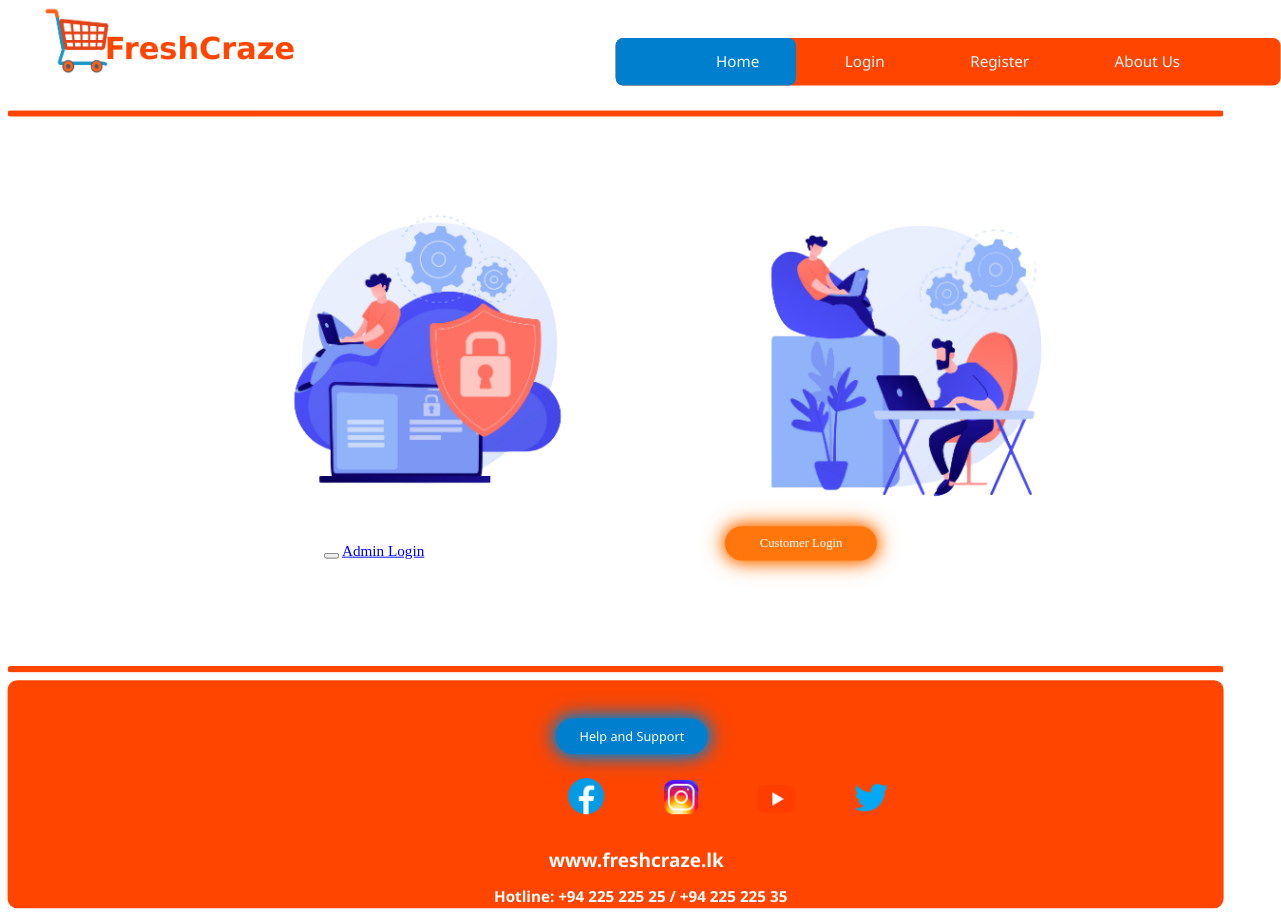
Repository: shanika2002/FreshCraze
Page: http://localhost/itemDem/mainLogin.jsp
The author's editor kept a copy of each file at every save. The page is drawn from the files as they stood at one save, then again after the next save.
The browser window is 1280 px wide. The page is 1348 px wide, so the pictures cover 1348 px, including what lies to the right of the window. The pictures show the whole page, at 95% of full size.
The page is served by Tomcat 9. Other server files are loaded and not shown.

Above is the page before, as saved 2024-05-10 09:03:05.

### itemDem/src/main/webapp/mainLogin.jsp
<%@ page language="java" contentType="text/html; charset=ISO-8859-1"
    pageEncoding="ISO-8859-1"%>
<!DOCTYPE html>
<html>
<head>
<link rel = "stylesheet" href = "css/mainLogin.css">
<meta charset="ISO-8859-1">
<title>Insert title here</title>
</head>
<body>

<img src="images\logo.png" class="logo" >

    <h1 class="logo_topic">FreshCraze</h1>

    <nav class="navbar">
        <a href="home page.html">Home</a>
        <a href="Login page.html">Login</a>
        <a href="customer registration.html">Register</a>
        <a href="about us page.html">About Us</a>
        <span></span>
    </nav>

<hr class="topic_line">

<img src="images\dlog.png" class="dlogo" >
<img src="images\slog.png" class="slogo" >
<div class = "dlogging">

    <button type="button"></button>
    <a href="login.jsp">Admin Login</a>


</div>

<div class = "slogging">

    <button type="button" class="stafflogin">Customer Login</button>

</div>

<br>
<br>
<br>
<br>

<hr class="footer_line">

<div class="footer">
    <a href="link" target="_blank">
    <button type="button" class="help_button">Help and Support</button>
    </a>

    <div class="fb_icon">
        <a href="https://www.facebook.com/" target="_blank"><img src="images/facebook.png"></a>
    </div>

    <div class="insta_icon">
        <a href="https://www.instagram.com/" target="_blank"><img src="images/insta.png"></a>
    </div>

    <div class="twitt_icon">
        <a href="https://www.twitter.com/" target="_blank"><img src="images/Twitter.png"></a>
    </div>

    <div class="yt_icon">
        <a href="https://www.youtube.com/" target="_blank"><img src="images/yt.png"></a>
    </div>
</div>

<div class="contacts">
    <h1 class="link">www.freshcraze.lk</h1>
    <h1>Hotline: +94 225 225 25 / +94 225 225 35</h1>
</div>


</body>
</html>

### itemDem/src/main/webapp/css/mainLogin.css
@charset "ISO-8859-1";

body{
    background-color: #ffffff;
    background-repeat: no-repeat;
    background-attachment: fixed;
    background-position: center;
    width: 100%;
}

.logo{
    width: 70px;
    height: 70px;
    margin-left: 3%;
}

.logo_topic{
    font-family: verdana;
    margin-left: 8%;
    margin-top: -3.9%;
    color: orangered;
}

.navbar{
    margin-left:50%;
    margin-top:-4%;
    padding: 0;
    box-sizing: border-box;
    font-family: 'Segoe UI';
    display: flex;
    justify-content:center;
    align-items: center;
    min-height: 5vh;

    position:relative;
    background-color: orangered;
    border-radius: 8px;
    width: 700px;
    height: 50px;
    display: flex;
}

nav a{
    position: relative;
    display: inline-block;
    font-size: 1em;
    font-weight: 500;
    color: aliceblue;
    text-decoration: none;
    padding: 45px;
    z-index: 1;
}

nav span{
    position: absolute;
    top: 0;
    left: 0;
    width: 190px;
    height: 100%;
    background-color:rgb(0, 127, 206);
    border-radius: 8px;
    transition: .3s;
}

nav a:nth-child(1):hover~span{
    left: 0;
    width: 190px;
}

nav a:nth-child(2):hover~span{
    left: 190px;
    width: 150px;
}

nav a:nth-child(3):hover~span{
    left:330px;
    width: 150px;
}

nav a:nth-child(4):hover~span{
    left: 470px;
    width: 230px;
}

.topic_line{
    border: none;
    margin-top: 2%;
    border-top: 7px solid orangered;
    border-radius: 10px;
}

.help_button{
    box-shadow:0 0 15px rgb(0, 127, 206),0 0 25px rgb(0, 127, 206);
    border: none;
    width: 160px;
    margin-left: 44%;
    font-family: 'Segoe UI';
    padding: 10px 12px;
    color: #ffffff;
    background-color:rgb(0, 127, 206);
    border-radius: 20px;
}

.help_button:hover{
    box-shadow: 0 0 25px rgb(0, 127, 206);
}

.fb_icon{
    margin-left: 560px;
    margin-top: 20px;
}

.insta_icon{
    margin-left: 660px;
    margin-top: -51px;
}

.yt_icon{
    margin-left: 760px;
    margin-top: -51px;
}

.twitt_icon{
    margin-left: 860px;
    margin-top: -51px;
}

.footer{
    height: 200px;
    background-color: orangered;
    padding-top: 40px;
    padding-left: 25px;
    border-radius: 10px;
}

.footer_line{
    border: none;
    margin-top: 3%;
    border-top: 7px solid orangered;
    border-radius: 10px;
}

.contacts{
    font-size: 8px;
    color:rgb(255, 255, 255);
    font-family: 'Segoe UI';
    margin-left: 40%;
    margin-top: -5%;
}

.link{
    font-size: 20px ;
    margin-top: -6%;
    margin-left: 7.5%;
}

.dlogging{
    margin-left: 26%;
    margin-top: -5%;
}

.slogging{
    margin-left: 59%;
    margin-top: -2.7%;
}

.stafflogin{
    box-shadow:0 0 15px rgb(255, 118, 13),0 0 25px rgb(255, 118, 13);
    border: none;
    width: 160px;
    font-family: oswald;
    padding: 10px 12px;
    color: #ffffff;
    background-color:rgb(255, 118, 13);
    border-radius: 20px;
}

.stafflogin:hover{
    box-shadow: 0 0 45px rgb(255, 118, 13);
}

.dlogo{
    margin-left: 15%;
    margin-top: -5%;
}

.donorlogin{
    box-shadow:0 0 15px rgb(255, 118, 13),0 0 25px rgb(255, 118, 13);
    border: none;
    width: 160px;
    font-family: oswald;
    padding: 10px 12px;
    color: #ffffff;
    background-color:rgb(255, 118, 13);
    border-radius: 20px;
}

.donorlogin:hover{
    box-shadow: 0 0 45px rgb(255, 118, 13);
}

After the next save:
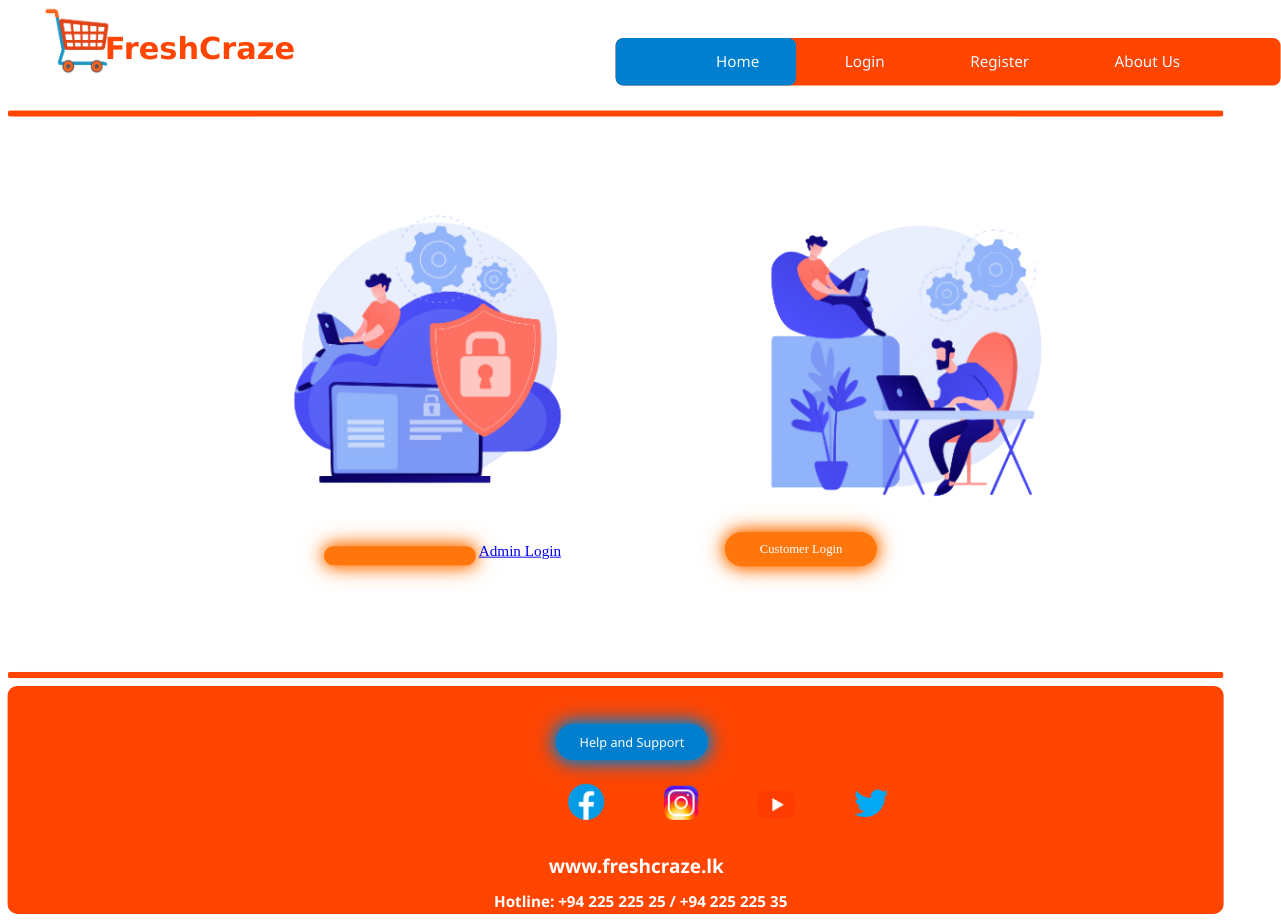
Saved 37 s later.
--- a/itemDem/src/main/webapp/mainLogin.jsp
+++ b/itemDem/src/main/webapp/mainLogin.jsp
@@ -27,7 +27,7 @@
 <img src="images\slog.png" class="slogo" >
 <div class = "dlogging">
 
-    <button type="button"></button>
+    <button type="button" class="donorlogin"></button>
     <a href="login.jsp">Admin Login</a>
 
 
